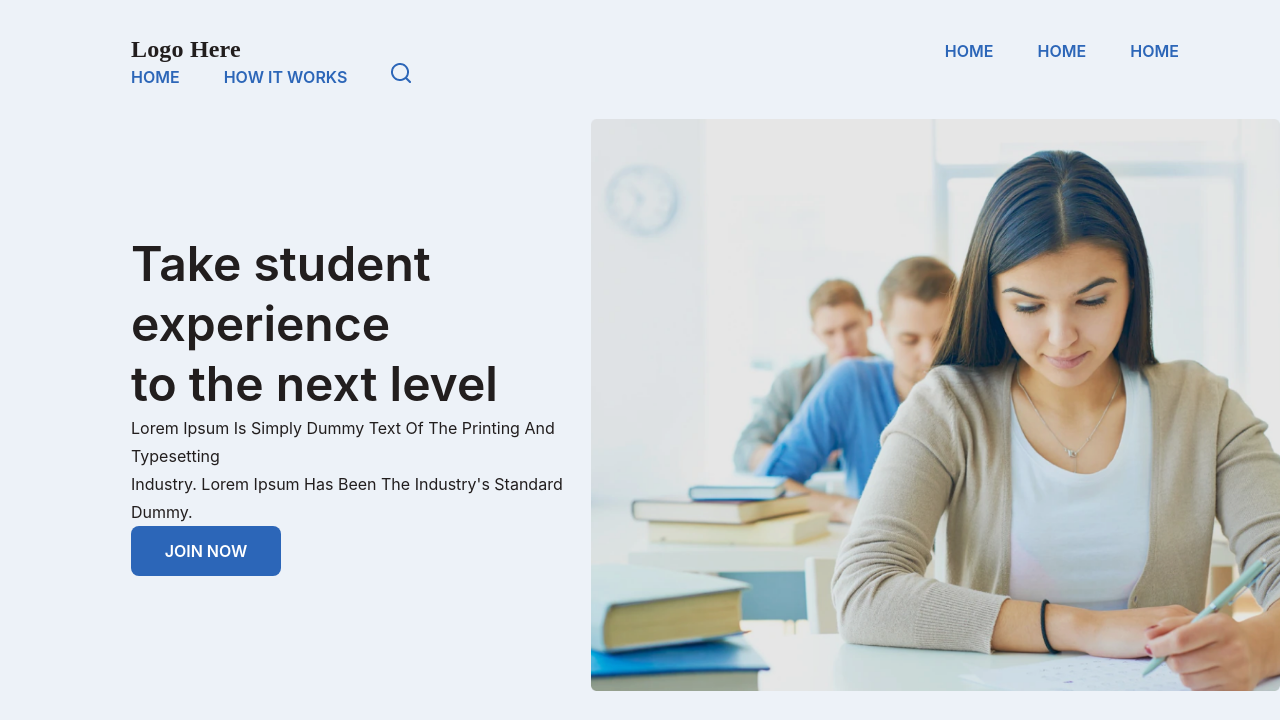
Repository: FaridRustamov09/Final-Task
Page: Pages/homePage/index.html
The author's editor kept a copy of each file at every save. The page is drawn from the files as they stood at one save, then again after the next save.
The browser window is 1280 px wide. The pictures show the whole page.
The style sheet was rebuilt from its Sass, Less or Tailwind sources for each picture, by a compiler version that may differ from the author's.

Above is the page before, as saved 2024-07-14 20:14:30.

### Pages/homePage/index.html
<!DOCTYPE html>
<html lang="en">
<head>
    <meta charset="UTF-8">
    <meta name="viewport" content="width=device-width, initial-scale=1.0">
    <title>Document</title>
    <link rel="stylesheet" href="index.css">
</head>
<body>
 <div class="container1">
<nav>
    <b>Logo Here</b>
    <a href="../homePage/index.html">Home</a>
    <a href="../homePage/index.html">Home</a>
    <a href="../homePage/index.html">Home</a>
    <a href="../homePage/index.html">Home</a>
    <a href="../aboutPage/index.html">How it works</a>
    <img src="../../images/Group 233.png" alt="">
</nav>
<main>
    <ul>
        <li>
            <h2>Take student experience
                <br>
                to the next level</h2>
            <p>Lorem Ipsum is simply dummy text of the printing and typesetting
<br>
                industry. Lorem Ipsum has been the industry's standard dummy.</p>
            <button><a href="">Join Now</a></button>
        </li>
    </ul>
    <img src="../../images/Rectangle 20.png" alt="">
    <!-- <video width="" height="240" controls>
        <source src="http://www.w3schools.com/html/mov_bbb.mp4" type="video/mp4">
        <source src="movie.ogg" type="video/ogg">
        Your browser does not support the video tag.
      </video> -->
</main>
 </div>
</body>
</html>

### Pages/homePage/index.scss
* {
  margin: 0;
  padding: 0;
  box-sizing: border-box;
}
.container1 {
  padding: 36px 0 0 131px;
  background: #edf2f8;
  min-height: 100vh;
  nav {
    b {
      color: var(--black, #221e1e);
      font-family: Poppins;
      font-size: 24px;
      font-style: normal;
      font-weight: 700;
      line-height: normal;
      letter-spacing: 0.183px;
      text-transform: capitalize;
      margin-right: 700px;
    }
    a {
      margin-right: 40px;
      color: var(--blue-link, #2c66b8);
      font-family: Inter;
      font-size: 16px;
      font-style: normal;
      font-weight: 600;
      line-height: normal;
      text-transform: uppercase;
      text-decoration: none;
    }
  }
  main {
    margin-top: 32px;
    display: flex;
    align-items: center;
    ul {
      li {
        list-style-type: none;
        h2 {
          color: var(--black, #221e1e);
          font-family: Inter;
          font-size: 48px;
          font-style: normal;
          font-weight: 600;
          line-height: 60px;
        }
        p {
          color: #221e1e;
          font-family: Inter;
          font-size: 16px;
          font-style: normal;
          font-weight: 400;
          line-height: 28px;
          text-transform: capitalize;
        }
        button {
          border: none;
          width: 150px;
          height: 50px;

          border-radius: 8px;
          background: #2c66b8;
          a {
            text-decoration: none;
            color: #fff;
            font-family: Inter;
            font-size: 16px;
            font-style: normal;
            font-weight: 600;
            line-height: normal;
            text-transform: uppercase;
          }
        }
      }
    }
    img {
      width: 60%;
    }
  }
}

After the next save:
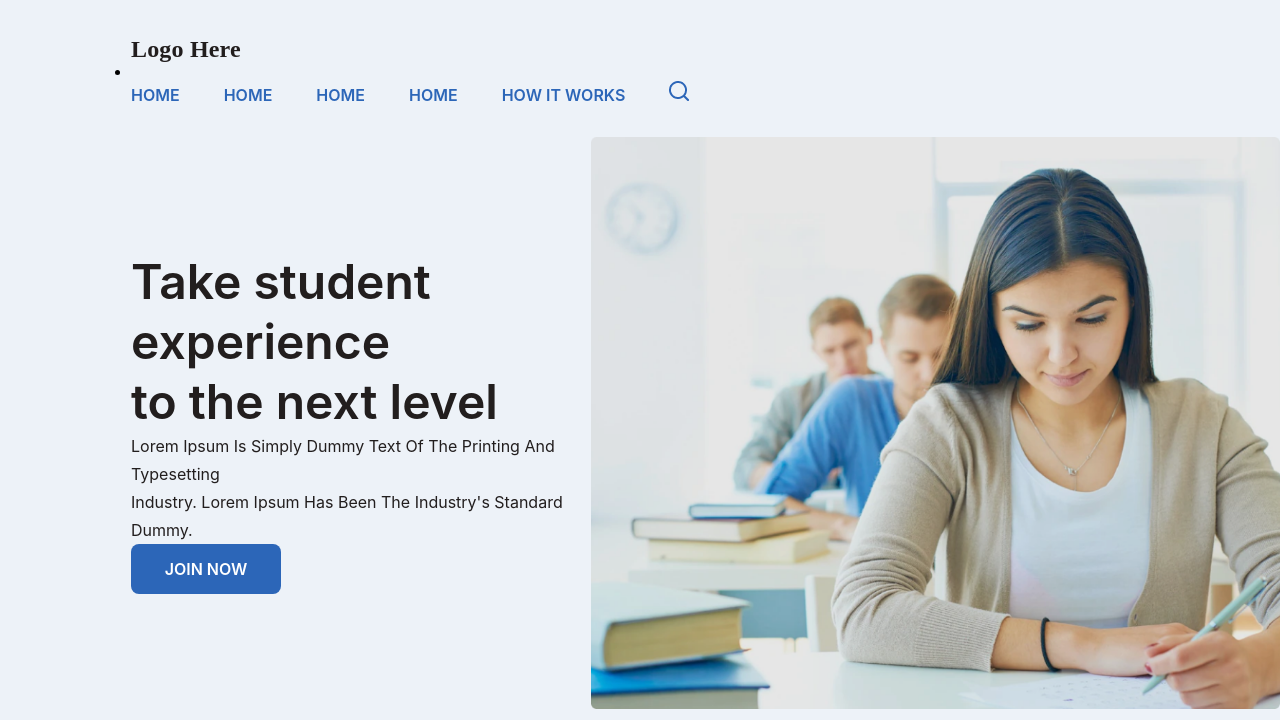
Saved 14 s later.
--- a/Pages/homePage/index.html
+++ b/Pages/homePage/index.html
@@ -10,6 +10,9 @@
  <div class="container1">
 <nav>
     <b>Logo Here</b>
+    <ul>
+        <li></li>
+    </ul>
     <a href="../homePage/index.html">Home</a>
     <a href="../homePage/index.html">Home</a>
     <a href="../homePage/index.html">Home</a>
